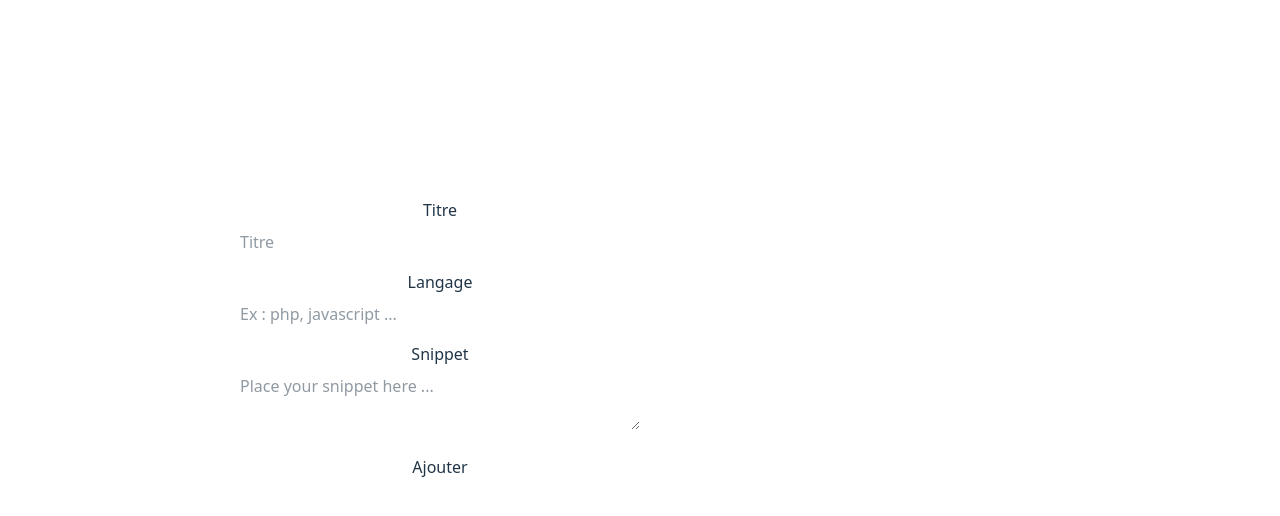
Repository: gdudekdev/mini-react-project
Page: /
An editor plug-in stored every save of this project. The page is shown before and after a run of saves, followed by the edit.
The browser window is 1280 px wide. The pictures show the whole page.
The project was rebuilt for these pictures with package versions that can differ from the ones it lists, and the page was loaded fresh each time. Also part of the build but not shown: vite.config.js, src/components/Snippet.tsx.

Above is the page before, as saved 2025-07-11 09:34:28.

After the next 2 saves:
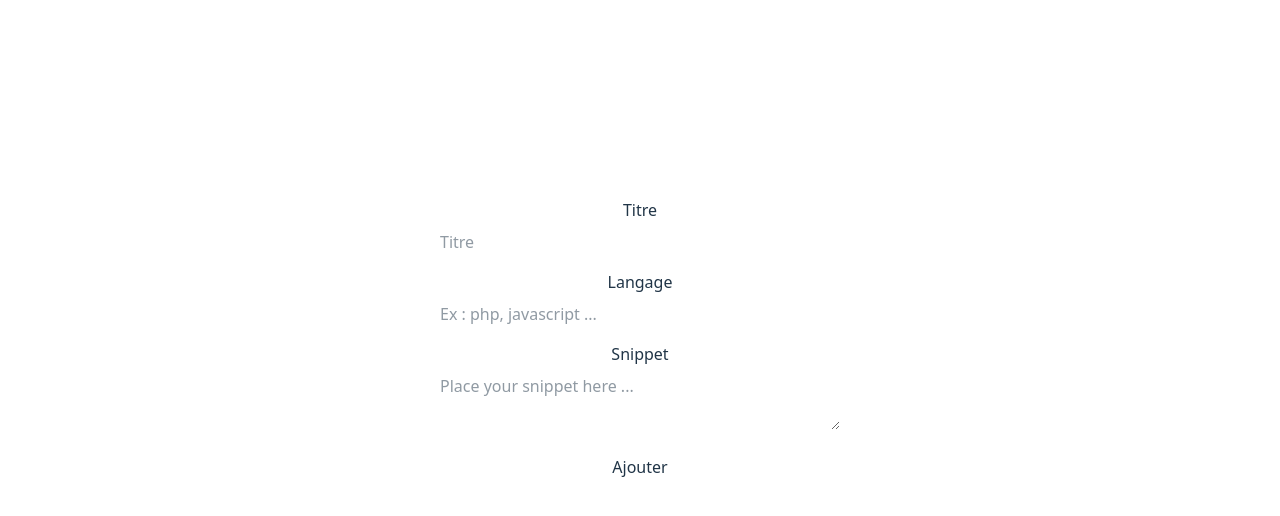
The 2 saves are shown as one change because they came seconds apart.
The last was saved 9 s later.
--- a/src/App.jsx
+++ b/src/App.jsx
@@ -5,7 +5,7 @@
 
 function App() {
   return (
-    <div className="w-full ">
+    <div className="w-full flex flex-col items-center">
       <Form />
       <SnippetList />
     </div>
